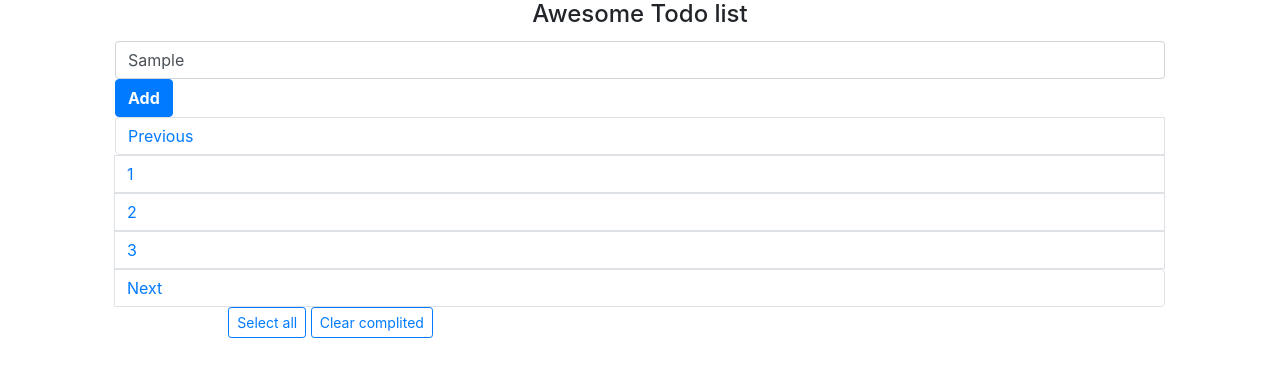
Repository: alohamylight/todolist
Page: index.html
These files come from the project's save history. The page is drawn as it stood at one moment and after a run of saves; the edit follows.
The browser window is 1280 px wide. The pictures show the whole page.
Empty fields were first filled with sample values (such as "Sample", 5 or name@example.com).
After loading, the first visible `#add` was clicked once.
Some web libraries are served in a nearby version.

Above is the page before, as saved 2021-06-04 12:35:11.
Console error (its wording comes from the project's code and is left out).

### index.html
<!DOCTYPE html>
<html lang="ru">
 <head>
<meta charset="utf-8">
<meta name="viewport" content="width=device-width, initial-scale=1, shrink-to-fit=no">
<!-- Bootstrap CSS -->
<link rel="stylesheet" href="https://maxcdn.bootstrapcdn.com/bootstrap/4.0.0/css/bootstrap.min.css" integrity="sha384-Gn5384xqQ1aoWXA+058RXPxPg6fy4IWvTNh0E263XmFcJlSAwiGgFAW/dAiS6JXm" crossorigin="anonymous">
 </head>
 <body>
        <div class="container">
            <div class="col-md-auto" id="todo_list">
                        <h4 class="card-title text-center">Awesome Todo list</h4>
                        <div class="container" id="create_new_todo">
                            <input type="text" class="form-control todo-list-input" id="message" placeholder="What do you need to do today?">
                            <button class="add btn btn-primary font-weight-bold todo-list-add-btn" onclick="func()" id="add">Add</button>
                            <nav aria-label="Page navigation example">
                                <ul class="list-group pagination" id= "todo">
                                    <li class="page-item"><a class="page-link" href="#">Previous</a></li>
                                    <li class="page-item"><a class="page-link" href="#">1</a></li>
                                    <li class="page-item"><a class="page-link" href="#">2</a></li>
                                    <li class="page-item"><a class="page-link" href="#">3</a></li>
                                    <li class="page-item"><a class="page-link" href="#">Next</a></li>
                                </ul>
                            </nav>
                        <!--<button class="add btn btn-primary font-weight-bold todo-list-add-btn" class="del">Deleted</button> -->
                        </div>
        </div>
        </div>
        <div class="container col-md-8">
            <button id="btn-on" class="btn btn-sm btn-outline-primary">Select all</button>
            <button id="btn-off" class="btn btn-sm btn-outline-primary">Clear complited</button>
        </div>
<script src="https://code.jquery.com/jquery-3.2.1.slim.min.js" integrity="sha384-KJ3o2DKtIkvYIK3UENzmM7KCkRr/rE9/Qpg6aAZGJwFDMVNA/GpGFF93hXpG5KkN" crossorigin="anonymous"></script>
<script src="https://cdnjs.cloudflare.com/ajax/libs/popper.js/1.12.9/umd/popper.min.js" integrity="sha384-ApNbgh9B+Y1QKtv3Rn7W3mgPxhU9K/ScQsAP7hUibX39j7fakFPskvXusvfa0b4Q" crossorigin="anonymous"></script>
<script src="https://maxcdn.bootstrapcdn.com/bootstrap/4.0.0/js/bootstrap.min.js" integrity="sha384-JZR6Spejh4U02d8jOt6vLEHfe/JQGiRRSQQxSfFWpi1MquVdAyjUar5+76PVCmYl" crossorigin="anonymous"></script>
<!-- Подключаем jQuery -->
<script src="https://cdnjs.cloudflare.com/ajax/libs/jquery/2.1.3/jquery.min.js">
</script>
<script src="example.js"></script>
 </body>
</html>

### example.js
let AddTaskBtn = $("#add");
let DeskTaskInput = $("#message");
let todo = $("#todo");
let get__id= $("#get__get");

let state = {
  tasks: [],
}
let TodoList = [];


function func() {
    if (!DeskTaskInput.val())
    let newTodo = {
      todo: DeskTaskInput.val(),
      checked: false
    };
    if (DeskTaskInput.val()=="") //checking for empty string
    {}
    else{
      TodoList.push(newTodo);
      DeskTaskInput.val('');
      MyFunc();
    }
    i++;
};
$("html").on('click',".123", function(){
  for (j = 0; j< TodoList.length; ++j) {
  if(TodoList[j].checked == false)
  {
    TodoList[j].checked = true;
    console.log(TodoList[j].checked);}
  else {
    TodoList[j].checked = false;
    console.log(TodoList[j].checked)}
}});
let massive= []
function MyFunc(){
  let OurTask=
    `<div class="div_container" id=`+counter+`><li class='li page-item disabled '>
      <input type='checkbox' class="123" id='get_`+counter+`'>
      <label>`+TodoList[counter].todo+`</label>
      <span class="task__delete"> <img src="icon.png"/> </span>
    </li></div>`;
    counter++;
  $('#todo').prepend(OurTask);

};



$('#btn-on').click(function(){
	$('body input:checkbox').prop('checked', true);
});

$('#btn-off').on('click', function(){
  for (j = 0; j< TodoList.length; ++j) {
    if(TodoList[j].checked == true)
    {
    console.log(TodoList[j]);
    TodoList.splice(TodoList[j],1);
    console.log(TodoList);
    $(TodoList[j]).closest(TodoList[j]).remove(TodoList[j]);
  }
}});

//добавление todo по enter
$(document).on('keydown',function(e) {
  if(e.which == 13) {
 func();
}
});

$("#todo").on("click","img",function(){
  const id = $(this).closest("div").attr("id");
  console.log(id);
  TodoList.splice(id,1);
  $(this).closest("div").remove();
})



$("html").on("click","input",function(){
  if ($(this).closest("div").attr("class")=="div_container"){
    if($(this).attr("checked")=="checked"){

    }
    else{
      var $id= ($(this).attr("id")).slice(-1);


    }
  }

})


/*
$('#btn-off').click(function(){
  if($(`#item_${Date.now()}`).is(':checked')){
  $(`#item_${Date.now()}`).remove(`#item_${Date.now()}`)}
});
*/

//функция нахождения checked'a

/*
  let t = TodoList[TodoList.length - 1];
  console.log(TodoList[TodoList.length - 1]);
  j++;
  massive.push($('input.radioListMode:checked').val());
  $('TodoList[TodoList.length - 1]')
  if ($('body input:checkbox').is(':checked')) {
  mass_checked.push(t);
    };
*/
  /*$(".task__delete").on('click', function (event){
    const id = $(this).closest("li").attr("class");
   console.log(id);
   if ($(this).attr("class")==id) {}
  })
  */

/*let get = $(`#get_${j}`);
$('.list-group.pagination').on('click', get, function(event) {
  if (event.target.nodeName === "INPUT") {
    console.log(TodoList)
  }
  // const isCheck = get.checked;
//  massive.push($('input.radioListMode:checked').val());
});
*/

After the next 4 saves:
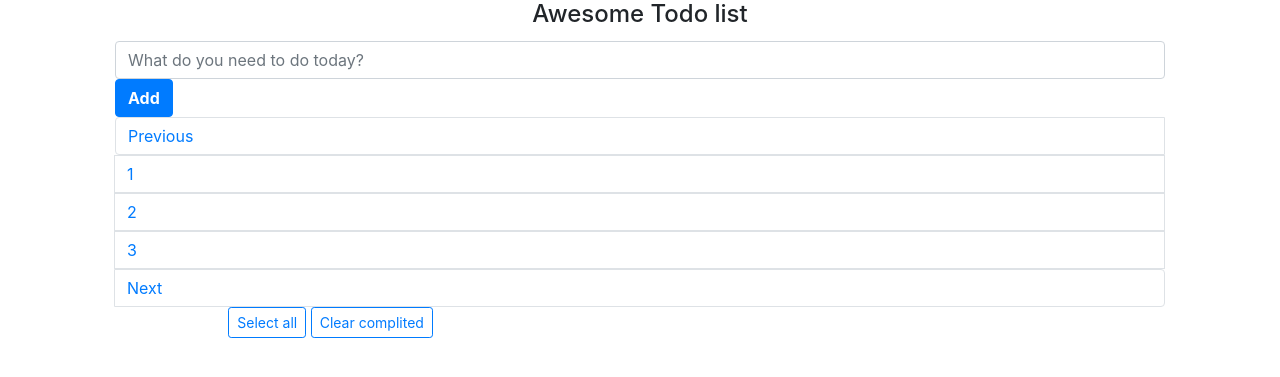
Console error: ReferenceError: counter is not defined
The 4 saves are shown as one change because they came seconds apart.
The last was saved 16 s later.
--- a/example.js
+++ b/example.js
@@ -10,7 +10,7 @@ let TodoList = [];
 
 
 function func() {
-    if (!DeskTaskInput.val())
+    if (!DeskTaskInput.val()) return;
     let newTodo = {
       todo: DeskTaskInput.val(),
       checked: false
